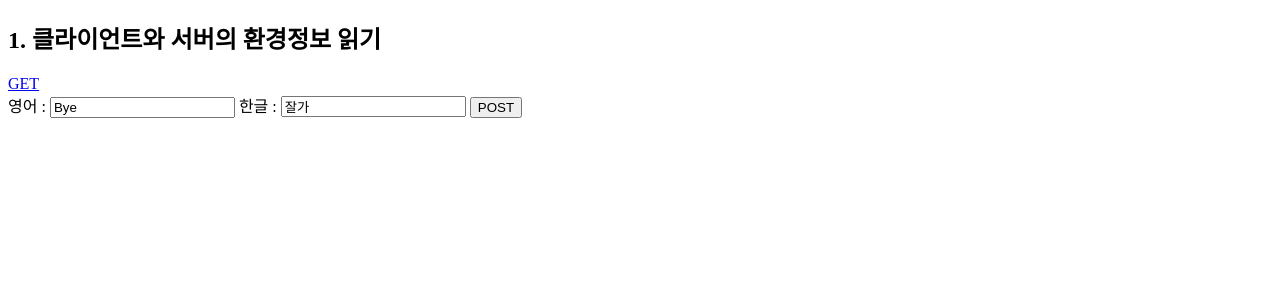
Repository: kimjaewoo2233/JSP_Summary
Page: http://localhost/lec_test/02ImplicitObject/RequestMain.jsp
The author's editor kept a copy of each file at every save. The page is drawn from the files as they stood at one save, then again after the next save.
The browser window is 1280 px wide. The pictures show the whole page.
The page is served by Tomcat 9.

Above is the page before, as saved 2022-03-02 14:34:18.

After the next save:
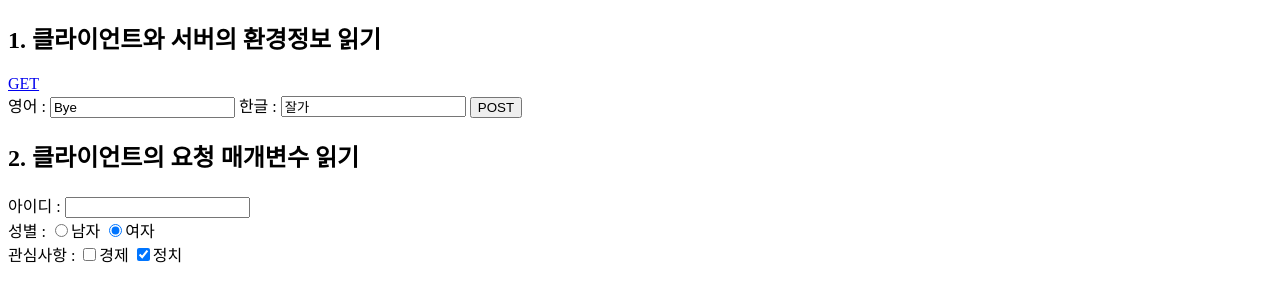
Saved 3 min 59 s later.
--- a/lec_test/src/main/webapp/02ImplicitObject/RequestMain.jsp
+++ b/lec_test/src/main/webapp/02ImplicitObject/RequestMain.jsp
@@ -18,5 +18,16 @@
 			<input type="submit" value="POST"/>
 	</form>
 
+	<h2>2. 클라이언트의 요청 매개변수 읽기</h2>
+		<form method="post" action="RequestParameter.jsp">
+			아이디 : <input type="text" name="id" value="" /><br/>
+			성별 :
+			<input type="radio" name="sex" value="man"/>남자
+			<input type="radio" name="sex" value="woman" checked="checked"/>여자
+			<br/>
+			관심사항 :
+			<input type="checkbox" name="favo" value="eco"/>경제
+			<input type="checkbox" name="favo" value="pol" checked="checked"/>정치
+		</form>
 </body>
 </html>
